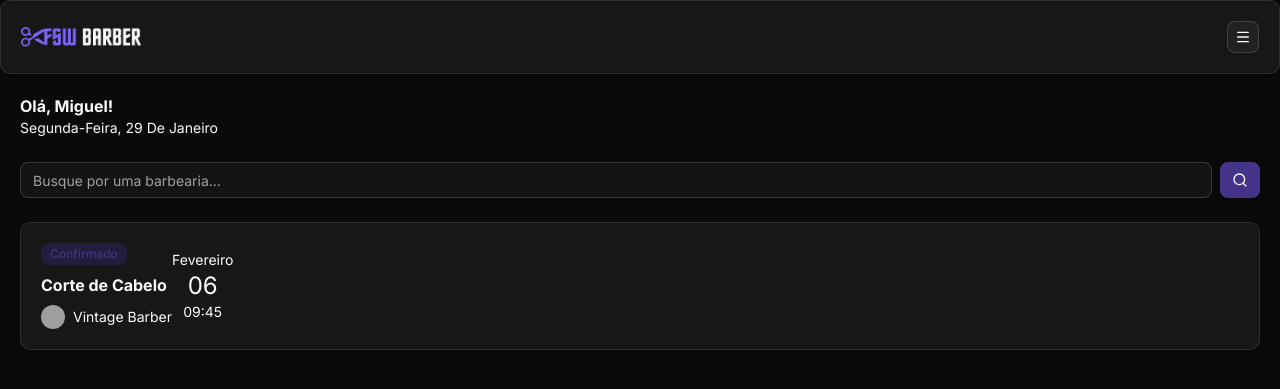
Repository: PaulinhoMachadooo/Barber
Page: /
An editor plug-in stored every save of this project. The page is shown before and after the next save, followed by the edit.
The browser window is 1280 px wide. The pictures show the whole page.
Pictures or frames that could not be fetched are drawn as grey boxes. The project was rebuilt for these pictures with package versions that can differ from the ones it lists, and the page was loaded fresh each time. The framework's server and built-in components were replaced by stand-ins that run in the browser. Also part of the build but not shown: next.config.ts.

Above is the page before, as saved 2025-04-13 21:28:06.

### app/layout.tsx
import type { Metadata } from "next";
import { Inter } from "next/font/google";
import "./globals.css";


const inter = Inter({ subsets: ["latin"] });

export const metadata: Metadata = {
  title: "Create Next App",
  description: "Generated by create next app",
};

export default function RootLayout({
  children,
}: Readonly<{
  children: React.ReactNode;
}>) {
  return (
    <html lang="en">
      <body className={`${inter.className} dark`}>
        {children}

      </body>
    </html>
  );
}

### app/(home)/page.tsx
// eslint-disable-next-line @typescript-eslint/no-unused-vars
import Image from "next/image";
import Header from "../_components/header";
import { format } from "date-fns";
import { ptBR } from "date-fns/locale";
import Search from "./_components/search";
import BookingItem from "../_components/booking-item";


export default function Home() {
  return (
    <div>
      <Header />

        <div className="px-5 pt-5">
          <h2 className="tex-xl font-bold">Olá, Miguel!</h2>
          <p className="capitalize text-sm">
            {format(new Date(), "EEEE',' dd 'de' MMMM", {
                locale: ptBR,
            })}
          </p>
        </div>

        <div className="px-5 mt-6">
          <Search />
        </div>

        <div className="px-5 mt-6">
            <BookingItem />
        </div>
    </div>
  );
}

### app/globals.css
@import "tailwindcss";
@import "tw-animate-css";

@custom-variant dark (&:is(.dark *));

@theme inline {
  --color-background: var(--background);
  --color-foreground: var(--foreground);
  --font-sans: var(--font-geist-sans);
  --font-mono: var(--font-geist-mono);
  --color-sidebar-ring: var(--sidebar-ring);
  --color-sidebar-border: var(--sidebar-border);
  --color-sidebar-accent-foreground: var(--sidebar-accent-foreground);
  --color-sidebar-accent: var(--sidebar-accent);
  --color-sidebar-primary-foreground: var(--sidebar-primary-foreground);
  --color-sidebar-primary: var(--sidebar-primary);
  --color-sidebar-foreground: var(--sidebar-foreground);
  --color-sidebar: var(--sidebar);
  --color-chart-5: var(--chart-5);
  --color-chart-4: var(--chart-4);
  --color-chart-3: var(--chart-3);
  --color-chart-2: var(--chart-2);
  --color-chart-1: var(--chart-1);
  --color-ring: var(--ring);
  --color-input: var(--input);
  --color-border: var(--border);
  --color-destructive: var(--destructive);
  --color-accent-foreground: var(--accent-foreground);
  --color-accent: var(--accent);
  --color-muted-foreground: var(--muted-foreground);
  --color-muted: var(--muted);
  --color-secondary-foreground: var(--secondary-foreground);
  --color-secondary: var(--secondary);
  --color-primary-foreground: var(--primary-foreground);
  --color-primary: var(--primary);
  --color-popover-foreground: var(--popover-foreground);
  --color-popover: var(--popover);
  --color-card-foreground: var(--card-foreground);
  --color-card: var(--card);
  --radius-sm: calc(var(--radius) - 4px);
  --radius-md: calc(var(--radius) - 2px);
  --radius-lg: var(--radius);
  --radius-xl: calc(var(--radius) + 4px);
}

:root {
  --radius: 0.625rem;
  --background: oklch(1 0 0);
  --foreground: oklch(0.145 0 0);
  --card: oklch(1 0 0);
  --card-foreground: oklch(0.145 0 0);
  --popover: oklch(1 0 0);
  --popover-foreground: oklch(0.145 0 0);
  --primary: oklch(0.205 0 0);
  --primary-foreground: oklch(0.985 0 0);
  --secondary: oklch(0.97 0 0);
  --secondary-foreground: oklch(0.205 0 0);
  --muted: oklch(0.97 0 0);
  --muted-foreground: oklch(0.556 0 0);
  --accent: oklch(0.97 0 0);
  --accent-foreground: oklch(0.205 0 0);
  --destructive: oklch(0.577 0.245 27.325);
  --border: oklch(0.922 0 0);
  --input: oklch(0.922 0 0);
  --ring: oklch(0.708 0 0);
  --chart-1: oklch(0.646 0.222 41.116);
  --chart-2: oklch(0.6 0.118 184.704);
  --chart-3: oklch(0.398 0.07 227.392);
  --chart-4: oklch(0.828 0.189 84.429);
  --chart-5: oklch(0.769 0.188 70.08);
  --sidebar: oklch(0.985 0 0);
  --sidebar-foreground: oklch(0.145 0 0);
  --sidebar-primary: oklch(0.205 0 0);
  --sidebar-primary-foreground: oklch(0.985 0 0);
  --sidebar-accent: oklch(0.97 0 0);
  --sidebar-accent-foreground: oklch(0.205 0 0);
  --sidebar-border: oklch(0.922 0 0);
  --sidebar-ring: oklch(0.708 0 0);
}

.dark {
  --background: oklch(0.145 0 0);
  --foreground: oklch(0.985 0 0);
  --card: oklch(0.205 0 0);
  --card-foreground: oklch(0.985 0 0);
  --popover: oklch(0.205 0 0);
  --popover-foreground: oklch(0.985 0 0);
  --primary: oklch(0.39 0.1349 287.34);
  --primary-foreground: oklch(0.985 0 0);
  --secondary: oklch(0.269 0 0);
  --secondary-foreground: oklch(0.985 0 0);
  --muted: oklch(0.269 0 0);
  --muted-foreground: oklch(0.708 0 0);
  --accent: oklch(0.269 0 0);
  --accent-foreground: oklch(0.985 0 0);
  --destructive: oklch(0.704 0.191 22.216);
  --border: oklch(1 0 0 / 10%);
  --input: oklch(1 0 0 / 15%);
  --ring: oklch(0.556 0 0);
  --chart-1: oklch(0.488 0.243 264.376);
  --chart-2: oklch(0.696 0.17 162.48);
  --chart-3: oklch(0.769 0.188 70.08);
  --chart-4: oklch(0.627 0.265 303.9);
  --chart-5: oklch(0.645 0.246 16.439);
  --sidebar: oklch(0.205 0 0);
  --sidebar-foreground: oklch(0.985 0 0);
  --sidebar-primary: oklch(0.488 0.243 264.376);
  --sidebar-primary-foreground: oklch(0.985 0 0);
  --sidebar-accent: oklch(0.269 0 0);
  --sidebar-accent-foreground: oklch(0.985 0 0);
  --sidebar-border: oklch(1 0 0 / 10%);
  --sidebar-ring: oklch(0.556 0 0);
}

@layer base {
  * {
    @apply border-border outline-ring/50;
  }
  body {
    @apply bg-background text-foreground;
  }
}

### app/_components/header.tsx
import Image from "next/image";
import { Card, CardContent } from "./ui/card"
import { Button } from "@/app/_components/ui/button";
import { MenuIcon } from "lucide-react";

const Header = () => {
    return (
        <Card>
            <CardContent className="p-5 justify-between items-center flex flex-row" >
                 <Image src="/logo.png" alt="FSW Barber" height={18} width={120} />
                 <Button variant="outline" size="icon" className="h-8 w-8">
                    <MenuIcon size={16} />
                 </Button>
            </CardContent>
        </Card>
     );
}

export default Header;

### app/(home)/_components/search.tsx
"use client";

import { Button } from "@/app/_components/ui/button";
import { Input } from "@/app/_components/ui/input";
import { SearchIcon } from "lucide-react";

const Search = () => {
    return (
        <div className="flex items-center gap-2">
           <Input placeholder="Busque por uma barbearia..."/>
           <Button variant="default" >
                <SearchIcon size={20} />
           </Button>
        </div>
     );
};

export default Search;

### app/_components/booking-item.tsx
import { Avatar, AvatarImage, AvatarFallback } from "./ui/avatar";
import { Badge } from "./ui/badge";
import { Card, CardContent } from "./ui/card";


const  BookingItem = () => {
    return (
        <Card>
            <CardContent className="p-5 flex flex-row">
                <div className="flex flex-col gap-2">
                    <Badge className="bg-[#221C3D] text-primary hover:bg-[#221C3D] w-fit">Confirmado</Badge>
                    <h2 className="font-bold">Corte de Cabelo</h2>

                    <div className="flex items-center gap-2">
                        <Avatar className="h-6 w-6">
                            <AvatarImage src="https://utfs.io/f/0ddfbd26-a424-43a0-aaf3-c3f1dc6be6d1-1kgxo7.png"/>

                            <AvatarFallback>A</AvatarFallback>
                        </Avatar>

                        <h3 className="text-sm">Vintage Barber</h3>
                    </div>
                </div>

                <div className="flex flex-col items-center justify-center">
                    <p className="text-sm">Fevereiro</p>
                    <p className="text-2xl ">06</p>
                    <p className="text-sm">09:45</p>
                </div>
            </CardContent>
        </Card>

     );
}




export default BookingItem;

### app/_components/ui/card.tsx
import * as React from "react"

import { cn } from "@/app/_lib/utils"

const Card = React.forwardRef<
  HTMLDivElement,
  React.HTMLAttributes<HTMLDivElement>
>(({ className, ...props }, ref) => (
  <div
    ref={ref}
    className={cn(
      "rounded-lg border bg-card text-card-foreground shadow-sm",
      className
    )}
    {...props}
  />
))
Card.displayName = "Card"

const CardHeader = React.forwardRef<
  HTMLDivElement,
  React.HTMLAttributes<HTMLDivElement>
>(({ className, ...props }, ref) => (
  <div
    ref={ref}
    className={cn("flex flex-col space-y-1.5 p-6", className)}
    {...props}
  />
))
CardHeader.displayName = "CardHeader"

const CardTitle = React.forwardRef<
  HTMLParagraphElement,
  React.HTMLAttributes<HTMLHeadingElement>
>(({ className, ...props }, ref) => (
  <h3
    ref={ref}
    className={cn(
      "text-2xl font-semibold leading-none tracking-tight",
      className
    )}
    {...props}
  />
))
CardTitle.displayName = "CardTitle"

const CardDescription = React.forwardRef<
  HTMLParagraphElement,
  React.HTMLAttributes<HTMLParagraphElement>
>(({ className, ...props }, ref) => (
  <p
    ref={ref}
    className={cn("text-sm text-muted-foreground", className)}
    {...props}
  />
))
CardDescription.displayName = "CardDescription"

const CardContent = React.forwardRef<
  HTMLDivElement,
  React.HTMLAttributes<HTMLDivElement>
>(({ className, ...props }, ref) => (
  <div ref={ref} className={cn("p-6 pt-0", className)} {...props} />
))
CardContent.displayName = "CardContent"

const CardFooter = React.forwardRef<
  HTMLDivElement,
  React.HTMLAttributes<HTMLDivElement>
>(({ className, ...props }, ref) => (
  <div
    ref={ref}
    className={cn("flex items-center p-6 pt-0", className)}
    {...props}
  />
))
CardFooter.displayName = "CardFooter"

export { Card, CardHeader, CardFooter, CardTitle, CardDescription, CardContent }

### app/_components/ui/button.tsx
import * as React from "react"
import { Slot } from "@radix-ui/react-slot"
import { cva, type VariantProps } from "class-variance-authority"

import { cn } from "@/app/_lib/utils"

const buttonVariants = cva(
  "inline-flex items-center justify-center gap-2 whitespace-nowrap rounded-md text-sm font-medium transition-all disabled:pointer-events-none disabled:opacity-50 [&_svg]:pointer-events-none [&_svg:not([class*='size-'])]:size-4 shrink-0 [&_svg]:shrink-0 outline-none focus-visible:border-ring focus-visible:ring-ring/50 focus-visible:ring-[3px] aria-invalid:ring-destructive/20 dark:aria-invalid:ring-destructive/40 aria-invalid:border-destructive",
  {
    variants: {
      variant: {
        default:
          "bg-primary text-primary-foreground shadow-xs hover:bg-primary/90",
        destructive:
          "bg-destructive text-white shadow-xs hover:bg-destructive/90 focus-visible:ring-destructive/20 dark:focus-visible:ring-destructive/40 dark:bg-destructive/60",
        outline:
          "border bg-background shadow-xs hover:bg-accent hover:text-accent-foreground dark:bg-input/30 dark:border-input dark:hover:bg-input/50",
        secondary:
          "bg-secondary text-secondary-foreground shadow-xs hover:bg-secondary/80",
        ghost:
          "hover:bg-accent hover:text-accent-foreground dark:hover:bg-accent/50",
        link: "text-primary underline-offset-4 hover:underline",
      },
      size: {
        default: "h-9 px-4 py-2 has-[>svg]:px-3",
        sm: "h-8 rounded-md gap-1.5 px-3 has-[>svg]:px-2.5",
        lg: "h-10 rounded-md px-6 has-[>svg]:px-4",
        icon: "size-9",
      },
    },
    defaultVariants: {
      variant: "default",
      size: "default",
    },
  }
)

function Button({
  className,
  variant,
  size,
  asChild = false,
  ...props
}: React.ComponentProps<"button"> &
  VariantProps<typeof buttonVariants> & {
    asChild?: boolean
  }) {
  const Comp = asChild ? Slot : "button"

  return (
    <Comp
      data-slot="button"
      className={cn(buttonVariants({ variant, size, className }))}
      {...props}
    />
  )
}

export { Button, buttonVariants }

### app/_components/ui/input.tsx
import * as React from "react"

import { cn } from "@/app/_lib/utils"

function Input({ className, type, ...props }: React.ComponentProps<"input">) {
  return (
    <input
      type={type}
      data-slot="input"
      className={cn(
        "file:text-foreground placeholder:text-muted-foreground selection:bg-primary selection:text-primary-foreground dark:bg-input/30 border-input flex h-9 w-full min-w-0 rounded-md border bg-transparent px-3 py-1 text-base shadow-xs transition-[color,box-shadow] outline-none file:inline-flex file:h-7 file:border-0 file:bg-transparent file:text-sm file:font-medium disabled:pointer-events-none disabled:cursor-not-allowed disabled:opacity-50 md:text-sm",
        "focus-visible:border-ring focus-visible:ring-ring/50 focus-visible:ring-[3px]",
        "aria-invalid:ring-destructive/20 dark:aria-invalid:ring-destructive/40 aria-invalid:border-destructive",
        className
      )}
      {...props}
    />
  )
}

export { Input }

### app/_components/ui/avatar.tsx
"use client"

import * as React from "react"
import * as AvatarPrimitive from "@radix-ui/react-avatar"

import { cn } from "@/app/_lib/utils"

function Avatar({
  className,
  ...props
}: React.ComponentProps<typeof AvatarPrimitive.Root>) {
  return (
    <AvatarPrimitive.Root
      data-slot="avatar"
      className={cn(
        "relative flex size-8 shrink-0 overflow-hidden rounded-full",
        className
      )}
      {...props}
    />
  )
}

function AvatarImage({
  className,
  ...props
}: React.ComponentProps<typeof AvatarPrimitive.Image>) {
  return (
    <AvatarPrimitive.Image
      data-slot="avatar-image"
      className={cn("aspect-square size-full", className)}
      {...props}
    />
  )
}

function AvatarFallback({
  className,
  ...props
}: React.ComponentProps<typeof AvatarPrimitive.Fallback>) {
  return (
    <AvatarPrimitive.Fallback
      data-slot="avatar-fallback"
      className={cn(
        "bg-muted flex size-full items-center justify-center rounded-full",
        className
      )}
      {...props}
    />
  )
}

export { Avatar, AvatarImage, AvatarFallback }

### app/_components/ui/badge.tsx
import * as React from "react"
import { Slot } from "@radix-ui/react-slot"
import { cva, type VariantProps } from "class-variance-authority"

import { cn } from "@/app/_lib/utils"

const badgeVariants = cva(
  "inline-flex items-center justify-center rounded-md border px-2 py-0.5 text-xs font-medium w-fit whitespace-nowrap shrink-0 [&>svg]:size-3 gap-1 [&>svg]:pointer-events-none focus-visible:border-ring focus-visible:ring-ring/50 focus-visible:ring-[3px] aria-invalid:ring-destructive/20 dark:aria-invalid:ring-destructive/40 aria-invalid:border-destructive transition-[color,box-shadow] overflow-hidden",
  {
    variants: {
      variant: {
        default:
          "border-transparent bg-primary text-primary-foreground [a&]:hover:bg-primary/90",
        secondary:
          "border-transparent bg-secondary text-secondary-foreground [a&]:hover:bg-secondary/90",
        destructive:
          "border-transparent bg-destructive text-white [a&]:hover:bg-destructive/90 focus-visible:ring-destructive/20 dark:focus-visible:ring-destructive/40 dark:bg-destructive/60",
        outline:
          "text-foreground [a&]:hover:bg-accent [a&]:hover:text-accent-foreground",
      },
    },
    defaultVariants: {
      variant: "default",
    },
  }
)

function Badge({
  className,
  variant,
  asChild = false,
  ...props
}: React.ComponentProps<"span"> &
  VariantProps<typeof badgeVariants> & { asChild?: boolean }) {
  const Comp = asChild ? Slot : "span"

  return (
    <Comp
      data-slot="badge"
      className={cn(badgeVariants({ variant }), className)}
      {...props}
    />
  )
}

export { Badge, badgeVariants }

Loaded but not shown: app/_lib/utils.ts (common file)

After the next save:
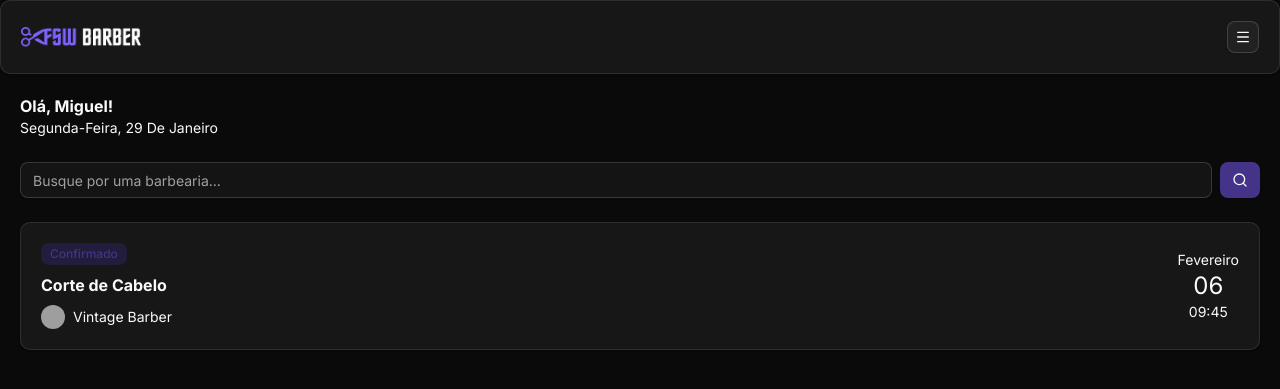
Saved 4 min 23 s later.
--- a/app/_components/booking-item.tsx
+++ b/app/_components/booking-item.tsx
@@ -6,7 +6,7 @@ import { Card, CardContent } from "./ui/card";
 const  BookingItem = () => {
     return (
         <Card>
-            <CardContent className="p-5 flex flex-row">
+            <CardContent className="p-5 flex justify-between">
                 <div className="flex flex-col gap-2">
                     <Badge className="bg-[#221C3D] text-primary hover:bg-[#221C3D] w-fit">Confirmado</Badge>
                     <h2 className="font-bold">Corte de Cabelo</h2>
